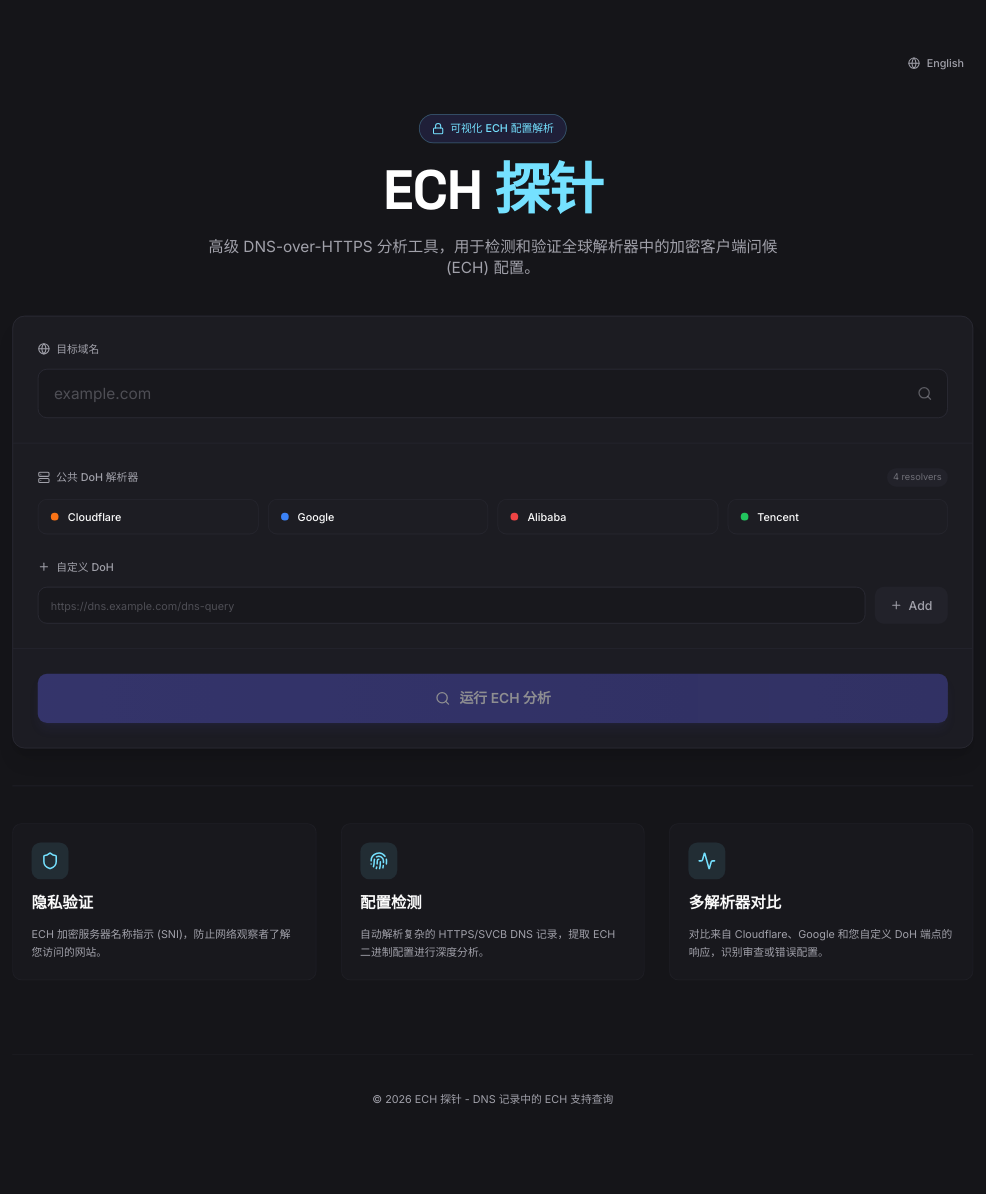
Repository: coolapijust/Ech-probe
Page: /
The author's editor kept a copy of each file at every save. The page is drawn from the files as they stood at one save, then again after the next save.
The browser window is 1280 px wide. The pictures show the whole page, at 77% of full size.
The project was rebuilt for these pictures with package versions that can differ from the ones it lists, and the page was loaded fresh each time. The framework's server and built-in components were replaced by stand-ins that run in the browser. Also part of the build but not shown: next.config.mjs, src/components/ui/card.tsx, src/components/ui/table.tsx, src/components/ui/badge.tsx, src/components/ui/label.tsx, src/components/ECHProbe/ResultsDisplay.tsx.

Above is the page before, as saved 2026-03-13 19:41:19.

After the next save:
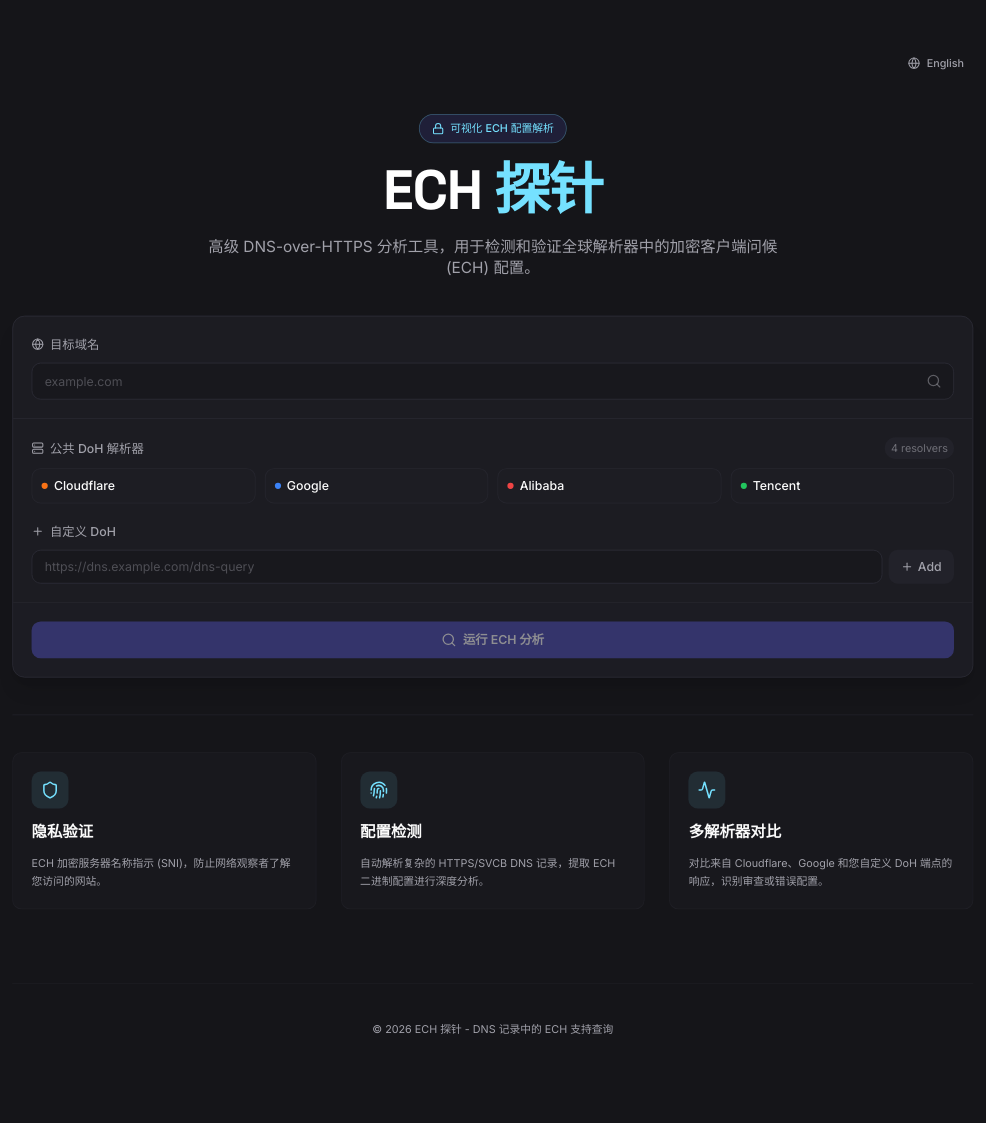
Saved 80 s later.
--- a/src/components/ECHProbe/DomainForm.tsx
+++ b/src/components/ECHProbe/DomainForm.tsx
@@ -47,8 +47,8 @@ export function DomainForm({ onAnalyze, isLoading }: DomainFormProps) {
   return (
     <div className="bg-card rounded-2xl border shadow-xl overflow-hidden">
       {/* 域名输入区域 */}
-      <div className="p-6 md:p-8 border-b border-border/50">
-        <label className="flex items-center gap-2 text-sm font-medium text-muted-foreground mb-4">
+      <div className="p-6 border-b border-border/50">
+        <label className="flex items-center gap-2 text-base font-medium text-muted-foreground mb-3">
           <Globe className="w-4 h-4" />
           {t.targetDomain}
         </label>
@@ -59,22 +59,22 @@ export function DomainForm({ onAnalyze, isLoading }: DomainFormProps) {
             value={domain}
             onChange={(e) => setDomain(e.target.value)}
             onKeyDown={(e) => e.key === 'Enter' && !isLoading && domain && handleSubmit()}
-            className="w-full h-14 md:h-16 pl-5 pr-14 text-lg md:text-xl bg-background/50 border border-border rounded-xl text-foreground placeholder:text-muted-foreground/40 focus:outline-none focus:ring-2 focus:ring-primary/50 focus:border-primary/50 transition-all"
+            className="w-full h-12 pl-4 pr-12 text-base bg-background/50 border border-border rounded-xl text-foreground placeholder:text-muted-foreground/40 focus:outline-none focus:ring-2 focus:ring-primary/50 focus:border-primary/50 transition-all"
           />
-          <Search className="absolute right-5 top-1/2 -translate-y-1/2 w-5 h-5 text-muted-foreground/50" />
+          <Search className="absolute right-4 top-1/2 -translate-y-1/2 w-5 h-5 text-muted-foreground/50" />
         </div>
       </div>
 
       {/* 解析器配置区域 */}
-      <div className="p-6 md:p-8 space-y-8">
+      <div className="p-6 space-y-6">
         {/* 公共解析器 */}
         <div>
-          <div className="flex items-center justify-between mb-4">
-            <div className="flex items-center gap-2 text-sm font-medium text-muted-foreground">
+          <div className="flex items-center justify-between mb-3">
+            <label className="flex items-center gap-2 text-base font-medium text-muted-foreground">
               <Server className="w-4 h-4" />
               {t.publicResolvers}
-            </div>
-            <span className="text-xs text-muted-foreground/60 bg-muted px-2 py-1 rounded-full">
+            </label>
+            <span className="text-sm text-muted-foreground/60 bg-muted px-2 py-1 rounded-full">
               4 resolvers
             </span>
           </div>
@@ -82,10 +82,10 @@ export function DomainForm({ onAnalyze, isLoading }: DomainFormProps) {
             {PRESET_RESOLVERS.map((res) => (
               <div
                 key={res.name}
-                className="flex items-center gap-3 px-4 py-3 rounded-xl border border-border/50 bg-muted/30 hover:bg-muted/50 transition-colors"
+                className="flex items-center gap-2 px-3 py-2.5 rounded-lg border border-border/50 bg-muted/30"
               >
-                <span className={`w-2.5 h-2.5 rounded-full ${res.color}`} />
-                <span className="text-sm font-medium">{res.name}</span>
+                <span className={`w-2 h-2 rounded-full ${res.color}`} />
+                <span className="text-base font-medium">{res.name}</span>
               </div>
             ))}
           </div>
@@ -93,39 +93,39 @@ export function DomainForm({ onAnalyze, isLoading }: DomainFormProps) {
 
         {/* 自定义解析器 */}
         <div>
-          <label className="flex items-center gap-2 text-sm font-medium text-muted-foreground mb-4">
+          <label className="flex items-center gap-2 text-base font-medium text-muted-foreground mb-3">
             <Plus className="w-4 h-4" />
             {t.customResolvers}
           </label>
-          <div className="flex gap-3">
+          <div className="flex gap-2">
             <input
               type="text"
               placeholder="https://dns.example.com/dns-query"
               value={customUrl}
               onChange={(e) => setCustomUrl(e.target.value)}
               onKeyDown={(e) => e.key === 'Enter' && handleAddCustom()}
-              className="flex-1 h-12 px-4 text-sm bg-background/50 border border-border rounded-xl text-foreground placeholder:text-muted-foreground/40 focus:outline-none focus:ring-2 focus:ring-primary/50 focus:border-primary/50 transition-all"
+              className="flex-1 h-11 px-4 text-base bg-background/50 border border-border rounded-xl text-foreground placeholder:text-muted-foreground/40 focus:outline-none focus:ring-2 focus:ring-primary/50 focus:border-primary/50 transition-all"
             />
             <button
               type="button"
               onClick={handleAddCustom}
               disabled={!customUrl}
-              className="h-12 px-5 bg-primary hover:bg-primary/90 disabled:bg-muted disabled:text-muted-foreground rounded-xl text-primary-foreground font-medium transition-colors disabled:cursor-not-allowed flex items-center gap-2"
+              className="h-11 px-4 bg-primary hover:bg-primary/90 disabled:bg-muted disabled:text-muted-foreground rounded-xl text-primary-foreground font-medium transition-colors disabled:cursor-not-allowed flex items-center gap-1.5"
             >
               <Plus className="w-4 h-4" />
-              Add
+              <span className="text-base">Add</span>
             </button>
           </div>
 
           {/* 已添加的自定义解析器 */}
           {customResolvers.length > 0 && (
-            <div className="flex flex-wrap gap-2 mt-4">
+            <div className="flex flex-wrap gap-2 mt-3">
               {customResolvers.map((url) => (
                 <span
                   key={url}
-                  className="inline-flex items-center gap-2 px-3 py-2 bg-accent/5 border border-accent/20 rounded-lg text-sm"
+                  className="inline-flex items-center gap-1.5 px-3 py-1.5 bg-accent/5 border border-accent/20 rounded-lg text-base"
                 >
-                  <span className="max-w-[200px] truncate text-muted-foreground">
+                  <span className="max-w-[180px] truncate text-muted-foreground">
                     {new URL(url).hostname}
                   </span>
                   <button
@@ -133,7 +133,7 @@ export function DomainForm({ onAnalyze, isLoading }: DomainFormProps) {
                     onClick={() => handleRemoveCustom(url)}
                     className="text-muted-foreground hover:text-destructive transition-colors p-0.5 hover:bg-destructive/10 rounded"
                   >
-                    <X className="w-3.5 h-3.5" />
+                    <X className="w-4 h-4" />
                   </button>
                 </span>
               ))}
@@ -143,12 +143,12 @@ export function DomainForm({ onAnalyze, isLoading }: DomainFormProps) {
       </div>
 
       {/* 提交按钮 */}
-      <div className="p-6 md:p-8 border-t border-border/50 bg-muted/20">
+      <div className="p-6 border-t border-border/50 bg-muted/20">
         <button
           type="button"
           onClick={handleSubmit}
           disabled={isLoading || !domain}
-          className="w-full h-14 md:h-16 text-lg font-semibold bg-gradient-to-r from-primary to-primary/90 hover:from-primary/90 hover:to-primary disabled:opacity-50 disabled:cursor-not-allowed text-primary-foreground rounded-xl transition-all flex items-center justify-center gap-3 shadow-lg shadow-primary/20 hover:shadow-xl hover:shadow-primary/30 hover:-translate-y-0.5 active:translate-y-0"
+          className="w-full h-12 text-base font-semibold bg-primary hover:bg-primary/90 disabled:opacity-50 disabled:cursor-not-allowed text-primary-foreground rounded-xl transition-all flex items-center justify-center gap-2"
         >
           {isLoading ? (
             <>
